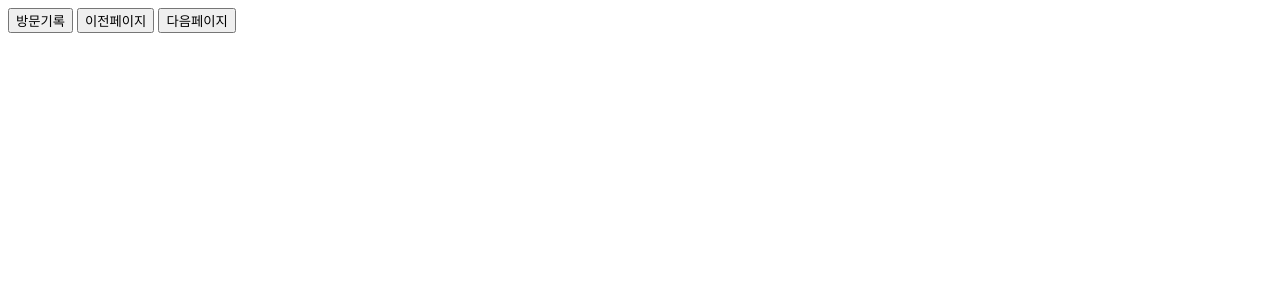
Repository: hololog/workspace_jsp1
Page: JspStudy/src/main/webapp/js1/test9.html
The author's editor kept a copy of each file at every save. The page is drawn from the files as they stood at one save, then again after the next save.
The browser window is 1280 px wide. The pictures show the whole page.

Above is the page before, as saved 2021-12-06 03:17:19.

After the next save:
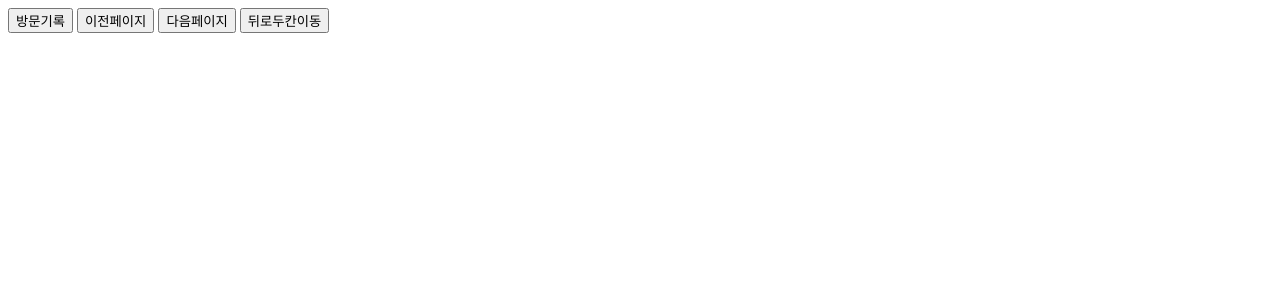
Saved 23 s later.
--- a/JspStudy/src/main/webapp/js1/test9.html
+++ b/JspStudy/src/main/webapp/js1/test9.html
@@ -25,5 +25,6 @@
 <input type="button" value="방문기록" onclick="f1()">
 <input type="button" value="이전페이지" onclick="f2()">
 <input type="button" value="다음페이지" onclick="f3()">
+<input type="button" value="뒤로두칸이동" onclick="f4()">
 </body>
 </html>
